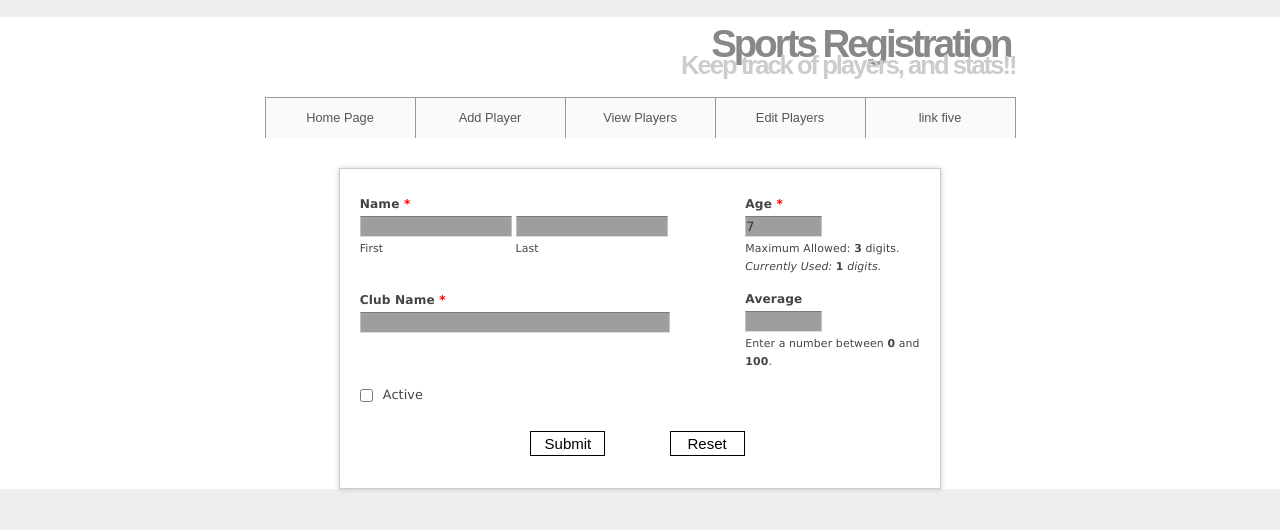
Repository: TrentonAsbury/PHP_FinalProject_Database
Page: http://localhost/addperson.php
An editor plug-in stored every save of this project. The page is shown before and after the next save, followed by the edit.
The browser window is 1280 px wide. The pictures show the whole page.
Pictures or frames that could not be fetched are drawn as grey boxes. The page is run by PHP 8.4 with error messages shown; the project is at /var/www/html/.

Above is the page before, as saved 2017-04-15 11:15:38.

### FinalProj/addPerson.php
<!DOCTYPE html>
<html>
	<head>

		<title> Form - Add Player </title>

		<!-- Meta Tags -->
		<meta charset="utf-8">
		<meta name="generator" content="Wufoo">
		<meta name="robots" content="index, follow">
		<meta http-equiv="content-type" content="text/html; charset=utf-8" />

		<!-- CSS -->
		<link href="css/add_person/structure.css" rel="stylesheet">
		<link href="css/add_person/form.css" rel="stylesheet">
		<link href="css/add_person/theme.css" rel="stylesheet">
		<link rel="stylesheet" href="css/style.css" type="text/css" media="screen" />
		<link href="https://" rel="stylesheet">

		<!-- JavaScript -->
		<script src="../../scripts/wufoo.js"></script>

	</head>

	<body id="public">

		<header>
		<h1>Sports Registration</h1>
		<h2>Keep track of players, and stats!!</h2>
	</header>
	<nav>
		<ul>
			<li><a href="index.php">Home Page</a></li>
			<li><a href="addPerson.php">Add Player</a></li>
			<li><a href="viewDB.php">View Players</a></li>
			<li><a href="edit.php">Edit Players</a></li>
			<li><a href="#">link five</a></li>
		</ul>
	</nav>

<br><br>
		<div id="container" class="ltr">

			<form id="form1" name="form1" class="wufoo topLabel page" accept-charset="UTF-8" autocomplete="off" enctype="multipart/form-data" method="post" novalidate
			action="includes/dump/addPerson_dump.php">


				<ul>

					<!-- TEXT BOX - NAME -->
					<li id="foli1" class="notranslate leftHalf     ">
						<label class="desc" id="title1" for="Field1"> Name <span id="req_1" class="req">*</span> </label>
						<span>
							<input id="Field1" name="Field1" type="text" class="field text fn" value="" size="8" tabindex="1" required />
							<label for="Field1">First</label> </span>

						<span>
							<input id="Field2" name="Field2" type="text" class="field text ln" value="" size="14" tabindex="2" required />
							<label for="Field2">Last</label> </span>
					</li>

					<!-- TEXT BOX - AGE -->
					<li id="foli5" class="notranslate rightHalf">
						<label class="desc " id="title5" for="Field5"> Age <span id="req_5" class="req">*</span> </label>
						<div>
							<input id="Field5" name="Field5" type="text" class="field text nospin small"  value="7" maxlength="3" tabindex="3" onkeyup="validateRange(5, 'digit');" required />
							<label for="Field5">Maximum Allowed: <var id="rangeMaxMsg5">3</var> digits.&nbsp;&nbsp;&nbsp; <em class="currently">Currently Used: <var id="rangeUsedMsg5">1</var> digits.</em></label>
						</div>
					</li>

					<!-- TEXT BOX - CLUB NAME -->
					<li id="foli6" class="notranslate leftHalf">
						<label class="desc" id="title6" for="Field6"> Club Name <span id="req_6" class="req">*</span> </label>
						<div>
							<input id="Field6" name="Field6" type="text" class="field text medium" value="" maxlength="255" tabindex="4" onkeyup="" required />
						</div>
					</li>

					<!-- TEXT BOX - AVERAGE -->
					<li id="foli7" class="notranslate rightHalf">
						<label class="desc" id="title7" for="Field7"> Average </label>
						<div>
							<input id="Field7" name="Field7" type="text" class="field text nospin medium"  value="" min="0" max="100" maxlength="255" tabindex="5" onkeyup="validateRange(7, 'value');"/>
							<label for="Field7">Enter a number between <var id="rangeMinMsg7">0</var> and <var id="rangeMaxMsg7">100</var>.</label>
						</div>
					</li>

					<!-- CHECK BOX - ACTIVE -->
					<li id="foli8" class=" ">
						<fieldset>
							<div>
								<span class="subfield">
									<input id="Field8" name="Field8" type="checkbox" class="field checkbox" value="1" tabindex="6"/>
									<label class="choice" for="Field8"> <span class="choice__text notranslate" >Active</span>
								<span class="choice__qty"> </span> </label> </span>
							</div>
						</fieldset>
					</li>

					<!-- BUTTON - SUBMIT -->
					<li class="buttons ">
						<center>
						<table width="50%">
							<tr>
								<td align="center">
							<input id="saveForm" name="saveForm" class="btTxt submit" type="submit" value="Submit" style="height: 25px; width: 75px; font-size: 15px;"/>
								</td>
								<td align="center">
							<input id="resetForm" name="resetForm" class="btTxt submit" type="reset" value="Reset" style="height: 25px; width: 75px; font-size: 15px;" />
								</td>
							</tr>
						</table></center>

					</li>

				</ul>
			</form>

		</div>
	</body>
</html>

### FinalProj/css/add_person/structure.css
html {
	background: #eee
}

body {
	margin: 17px 0 15px 0;
	padding: 0;
	text-align: center;
	font-size: small;
	font-family: "Lucida Grande", Tahoma, Arial, Verdana, sans-serif
}

article, aside, figure, figure img, figcaption, hgroup, footer, header, nav, section, video, object, output {
	display: block
}

#container {
	text-align: left;
	background: #fff;
	border: 1px solid #ccc;
	-webkit-box-shadow: rgba(0,0,0,0.2) 0px 0px 5px;
	-moz-box-shadow: rgba(0,0,0,0.2) 0px 0px 5px;
	-o-box-shadow: rgba(0,0,0,0.2) 0px 0px 5px;
	box-shadow: rgba(0,0,0,0.2) 0px 0px 5px
}

#container {
	margin: 0 auto 10px auto;
	width: 600px
}

form.wufoo {
	margin: 20px 14px 0 14px;
	padding: 0 0 20px 0;
	position: relative
}

#logo {
	margin: 0;
	padding: 0;
	min-height: 0;
	background-color: #dedede;
	text-indent: -9000px;
	text-decoration: none
}

#logo a {
	min-height: 40px;
	height: 40px;
	display: block;
	background: url(../images/wflogo.png) no-repeat left top;
	overflow: hidden
}

* html #logo a {
	_background-image: none;
	_filter: progid:DXImageTransform.Microsoft.AlphaImageLoader(src="../images/wflogo.png", sizingMethod="crop")
}

img, a img {
	border: none;
	-ms-interpolation-mode: bicubic
}

.hide, .cloak div, .cloak span, .likert.cloak tbody, .likert.cloak thead {
	display: none !important
}

.likert.cloak table {
	border: none
}

### FinalProj/css/add_person/theme.css
/* ----- Logo ----- */

#logo a {
	background-image:url('../images/themes/logos/risingsun.png');
	min-height:0;
	height:40px;
}
* html #logo a {/* IE6 png Support */
	background-image: none;
	filter: progid:DXImageTransform.Microsoft.AlphaImageLoader(src="../images/themes/logos/risingsun.png", sizingMethod="crop");
}

/* ----- Backgrounds ----- */
html{
	background-image:none;	background-color:#EEEEEE;
}
#logo{
	background-image:url(../images/themes/patterns/oldwufoo.png);	background-color:#dedede;
}
#container, html.embed{
	background-color:#ffffff;
}
.safari .wufoo input.file{
	background:none;
	border:none;
}

.wufoo li.focused{
	background-color:#FFF7C0;
}
.wufoo .instruct{
	background-color:#F5F5F5;
}

/* ----- Borders ----- */
#container{
	border:1px solid #cccccc;
}
.wufoo .info, .wufoo .paging-context{
	border-bottom:1px dotted #cccccc;
}
.wufoo .section h3, .wufoo .captcha, #payment .paging-context{
	border-top:1px dotted #cccccc;
}
.wufoo input.text, .wufoo textarea.textarea{

}
.wufoo .instruct{
	border:1px solid #e6e6e6;
}
.fixed .info{
	border-bottom:none;
}
.wufoo li.section.scrollText{
	border-color:#dedede;
}

/* ----- Typography ----- */
.wufoo .info h2{
	font-size:180%;
	font-family:'Black Rose';
	font-style:normal;
	font-weight:normal;
	color:#000000;
}
.wufoo .info div{
	font-size:95%;
	font-family:inherit;
	font-style:normal;
	font-weight:normal;
	color:#444444;
}
.wufoo .section h3{
	font-size:140%;
	font-family:inherit;
	font-style:normal;
	font-weight:bold;
	color:#cc0000;
}
.wufoo .section div{
	font-size:85%;
	font-family:inherit;
	font-style:normal;
	font-weight:normal;
	color:#444444;
}

.wufoo label.desc, .wufoo legend.desc{
	font-size:95%;
	font-family:inherit;
	font-style:normal;
	font-weight:bold;
	color:#444444;
}

.wufoo label.choice{
	font-size:100%;
	font-family:inherit;
	font-style:normal;
	font-weight:normal;
	color:#444444;
}
.wufoo input.text, .wufoo textarea.textarea, .wufoo input.file, .wufoo select.select{
	font-style:normal;
	font-weight:normal;
	color:#333333;
	font-size:100%;
}
{* Custom Fonts Break Dropdown Selection in IE *}
.wufoo input.text, .wufoo textarea.textarea, .wufoo input.file{
	font-family:inherit;
}


.wufoo li div, .wufoo li span, .wufoo li div label, .wufoo li span label{
	font-family:inherit;
	color:#444444;
}
.safari .wufoo input.file{ /* Webkit */
	font-size:100%;
	font-family:inherit;
	color:#444444;
}
.wufoo .instruct small{
	font-size:80%;
	font-family:inherit;
	font-style:normal;
	font-weight:normal;
	color:#444444;
}

.altInstruct small, li.leftHalf small, li.rightHalf small,
li.leftThird small, li.middleThird small, li.rightThird small,
.iphone small{
	color:#444444 !important;
}

/* ----- Button Styles ----- */

.wufoo input.btTxt{

}

/* ----- Highlight Styles ----- */

.wufoo li.focused label.desc, .wufoo li.focused legend.desc,
.wufoo li.focused div, .wufoo li.focused span, .wufoo li.focused div label, .wufoo li.focused span label,
.safari .wufoo li.focused input.file{
	color:#000000;
}

/* ----- Confirmation ----- */

.confirm h2{
	font-family:inherit;
	color:#444444;
}
a.powertiny b, a.powertiny em{
	color:#1a1a1a !important;
}
.embed a.powertiny b, .embed a.powertiny em{
	color:#1a1a1a !important;
}

/* ----- Pagination ----- */

.pgStyle1 var, .pgStyle2 var, .pgStyle2 em, .page1 .pgStyle2 var, .pgStyle1 b, .wufoo .buttons .marker{
	font-family:inherit;
	color:#444444;
}
.pgStyle1 var, .pgStyle2 td{
	border:1px solid #cccccc;
}
.pgStyle1 .done var{
	background:#cccccc;
}

.pgStyle1 .selected var, .pgStyle2 var, .pgStyle2 var em{
	background:#FFF7C0;
	color:#000000;
}
.pgStyle1 .selected var{
	border:1px solid #e6dead;
}


/* Likert Backgrounds */

.likert table{
	background-color:#ffffff;
}
.likert thead td, .likert thead th{
	background-color:#e6e6e6;
}
.likert tbody tr.alt td, .likert tbody tr.alt th{
	background-color:#f5f5f5;
}

/* Likert Borders */

.likert table, .likert th, .likert td{
	border-color:#dedede;
}
.likert td{
	border-left:1px solid #cccccc;
}

/* Likert Typography */

.likert caption, .likert thead td, .likert tbody th label{
	color:#444444;
	font-family:inherit;
}
.likert tbody td label{
	color:#575757;
	font-family:inherit;
}
.likert caption, .likert tbody th label{
	font-size:95%;
}

/* Likert Hover */

.likert tbody tr:hover td, .likert tbody tr:hover th, .likert tbody tr:hover label{
	background-color:#FFF7C0;
	color:#000000;
}
.likert tbody tr:hover td{
	border-left:1px solid #ccc69a;
}

/* ----- Running Total ----- */

.wufoo #lola{
	background:#e6e6e6;
}
.wufoo #lola tbody td{
	border-bottom:1px solid #cccccc;
}
.wufoo #lola{
	font-family:inherit;
	color:#444444;
}
.wufoo #lola tfoot th{
	color:#696969;
}

/* ----- Report Styles ----- */

.wufoo .wfo_graph h3{
	font-size:95%;
	font-family:inherit;
	color:#444444;
}
.wfo_txt, .wfo_graph h4{
	color:#444444;
}
.wufoo .footer h4{
	color:#cc0000;
}
.wufoo .footer span{
	color:#444444;
}

/* ----- Number Widget ----- */

.wfo_number{
	background-color:#f5f5f5;
	border-color:#dedede;
}
.wfo_number strong, .wfo_number em{
	color:#000000;
}

/* ----- Chart Widget Border and Background Colors ----- */

#widget, #widget body{
	background:#ffffff;
}
.fcNav a.show{
	background-color:#ffffff;
	border-color:#cccccc;
}
.fc table{
	border-left:1px solid #dedede;
}
.fc thead th, .fc .more th{
	background-color:#dedede !important;
	border-right:1px solid #cccccc !important;
}
.fc tbody td, .fc tbody th, .fc tfoot th, .fc tfoot td{
	background-color:#ffffff;
	border-right:1px solid #cccccc;
	border-bottom:1px solid #dedede;
}
.fc tbody tr.alt td, .fc tbody tr.alt th, .fc tbody td.alt{
	background-color:#f5f5f5;
}

/* ----- Chart Widget Typography Colors ----- */

.fc caption, .fcNav, .fcNav a{
	color:#444444;
}
.fc tfoot,
.fc thead th,
.fc tbody th div,
.fc tbody td.count, .fc .cards tbody td a, .fc td.percent var,
.fc .timestamp span{
	color:#000000;
}
.fc .indent .count{
	color:#4b4b4b;
}
.fc .cards tbody td a span{
	color:#7d7d7d;
}

/* ----- Chart Widget Hover Colors ----- */

.fc tbody tr:hover td, .fc tbody tr:hover th,
.fc tfoot tr:hover td, .fc tfoot tr:hover th{
	background-color:#FFF7C0;
}
.fc tbody tr:hover th div, .fc tbody tr:hover td, .fc tbody tr:hover var,
.fc tfoot tr:hover th div, .fc tfoot tr:hover td, .fc tfoot tr:hover var{
	color:#000000;
}

/* ----- Payment Summary ----- */

.invoice thead th,
.invoice tbody th, .invoice tbody td,
.invoice tfoot th,
.invoice .total,
.invoice tfoot .last th, .invoice tfoot .last td,
.invoice tfoot th, .invoice tfoot td{
	border-color:#dedede;
}
.invoice thead th, .wufoo .checkNotice{
	background:#f5f5f5;
}
.invoice th, .invoice td{
	color:#000000;
}
#ppSection, #ccSection{
	border-bottom:1px dotted #cccccc;
}
#shipSection, #invoiceSection{
	border-top:1px dotted #cccccc;
}

/* Drop Shadows */

/* - - - Local Fonts - - - */

@font-face {
	font-family: 'Black Rose';
	src: url('/fonts/black_rose.eot?') format('eot'),
	     url('/fonts/black_rose.woff') format('woff'),
	     url('/fonts/black_rose.ttf')  format('truetype'),
	     url('/fonts/black_rose.svg#svgFontName') format('svg');
	font-weight: normal;
	font-style: normal;
}

/* - - - Responsive - - - */

@media only screen and (max-width: 480px) {
	html{
		background-color:#ffffff;
	}
	a.powertiny b, a.powertin em{
		color:#1a1a1a !important;
	}
}

/* - - - Custom Theme - - - */

### FinalProj/css/style.css

* {
	border:0;
	margin:0;
	padding:0;
}

/* general */
a {
	color:#777;
	text-decoration:none;
}

a:hover {
	color:#333;
	text-decoration:none;
}

/* body */
body {
	background:#ffffff;
	color:#555;
	font:0.8em Arial, Helvetica, "bitstream vera sans", sans-serif;
}

/* header */
header {
	border-bottom:1px solid #999;
	height:80px;
	margin:0 auto;
	width:751px;
}
header h1 {
	color:#888;
	font-size:300%;
	letter-spacing:-3px;
	text-align:right;
	padding:5px;
	margin-bottom:-20px;
}
header h2 {
	color:#CCC;
	font-size:200%;
	letter-spacing:-2px;
	text-align:right;
}

/* navigation */
nav {
	background:#fafafa;
	border-right:1px solid #999;
	margin:0 auto;
	width:750px;
	height:40px;
	list-style:none;
}
nav li {
	border-left:1px solid #999;
	float:left;
	width:149px;
	list-style:none;
}
nav a {
	color:#555;
	display:block;
	line-height:40px;
	text-align:center;
}
nav a:hover {
	background:#e3e3e3;
	color:#555;
}
nav .active {
	background:#e3e3e3;
	color:#777;
}

/* content */
main {
	height:auto;
	margin:0 auto;
	padding:0 0 20px;
	width:751px;
}
main h1 {
	border-bottom:1px dashed #999;
	font-size:1.8em;
	padding:20px 0 0;
}
main p {
	padding:20px 20px 0;
}

/* footer */
footer {
	border-top:1px solid #999;
	height:50px;
	margin:0 auto;
	padding:10px;
	text-align:center;
	width:751px;
}


.error, .ad {
	font-weight: bold;
	color: #C00
}

input, select, .input {
	padding: 5px;
	//font-weight: bold;
	font-size: 1em;
	color: #000000;
	background: #FFFFFF;
	border:1px solid #000000;
}

Loaded but not shown: FinalProj/scripts/wufoo.js (164 lines, source omitted); FinalProj/css/add_person/form.css (1355 lines, source omitted)

After the next save:
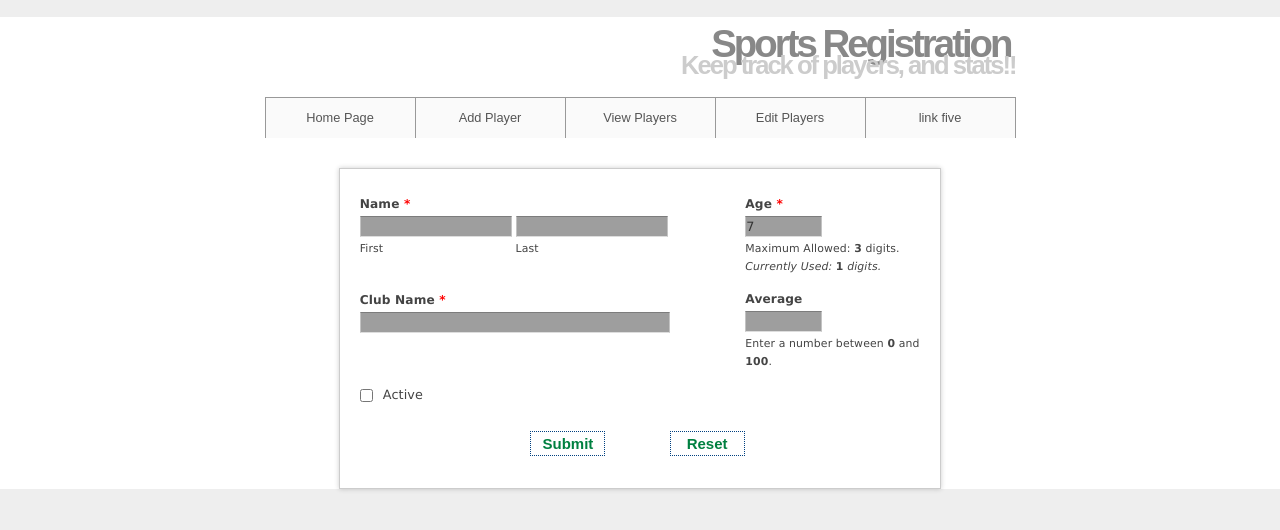
Saved 38 s later.
--- a/FinalProj/css/style.css
+++ b/FinalProj/css/style.css
@@ -109,9 +109,9 @@ footer {
 
 input, select, .input {
 	padding: 5px;
-	//font-weight: bold;
+	font-weight: bold;
 	font-size: 1em;
-	color: #000000;
+	color: #008040;
 	background: #FFFFFF;
-	border:1px solid #000000;
+	border:1px dotted #004080;
 }
